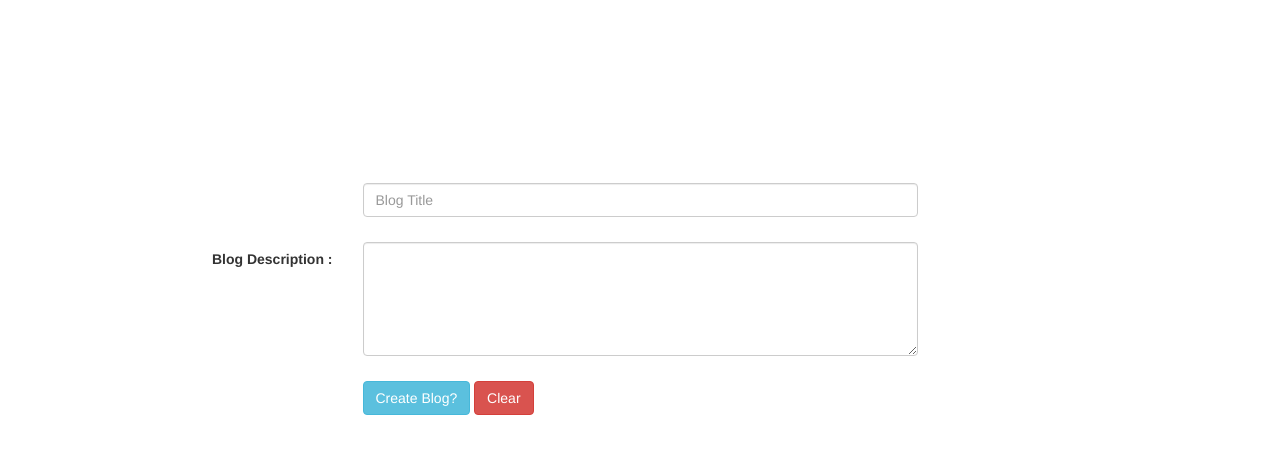
Repository: shailaja1601/collaborative_project
Page: CollabarationFrontEnd/WebContent/blog/CreateBlog.html
An editor plug-in stored every save of this project. The page is shown before and after the next save, followed by the edit.
The browser window is 1280 px wide. The pictures show the whole page.

Above is the page before, as saved 2017-02-07 18:27:36.
Console error (its wording comes from the project's code and is left out).

### CollabarationFrontEnd/WebContent/blog/CreateBlog.html
<!DOCTYPE html>
<html>
<head>
<meta charset="ISO-8859-1">
<title>Insert title here</title>
<link rel="shortcut icon" href="favicon.ico">

<link rel="stylesheet" href="resources/css/bootstrap.min.css" />
<script src="resources/js/bootstrap.min.js"></script>

</head>
<body data-ng-app="myApp">
	<div class="container" data-ng-controller="BlogController as ctrl">
		<br/><br/><br/><br/><br/><br/>
		<h2 style="color:white">Add new Blog</h2>
		<form class="form-horizontal" name="myForm" role="form" data-ng-submit="ctrl.submit()">

			<div class="form-group" data-ng-class="{'has-error': form.blogtitle.$dirty && form.blogtitle.$error.required}">
				<label for="blogtitle" class="col-sm-3 control-label" style="text-align: right;color:white;">Blog Title:</label>
				<div class="col-sm-6">
					<input type="text" name="blogtitle" id="blogtitle" class="form-control" placeholder="Blog Title"
						data-ng-model="ctrl.blog.blogtitle" required />
						<span data-ng-show="form.blogtitle.$dirty && form.blogtitle.$error.required" class="help-block"></span>
				</div>
			</div>

			<div class="form-group" data-ng-class="{'has-error': form.description.$dirty && form.description.$error.required}">
				<label for="description" class="col-sm-3 control-label">Blog Description :</label>
				<div class="col-sm-6">
					<textarea rows="5" cols="80" id="description" name="description" class="form-control" data-ng-model="ctrl.blog.description" required></textarea>
					<span data-ng-show="form.description.$dirty && form.description.$error.required" class="help-block"></span>
				</div>
			</div>

			<div class="form-group">
				<div class="col-sm-3"></div>
				<div class="col-sm-6">
					<button type="submit" data-ng-disabled="form$invalid || ctrl.dataLoading" class="btn btn-info">Create Blog?</button>
					<button type="reset" class="btn btn-danger" data-ng-click="ctrl.reset()" >Clear</button>
				</div>
			</div>
		</form>
	</div>
</body>
</html>

Loaded but not shown: CollabarationFrontEnd/WebContent/lib/css/bootstrap.min.css (library); CollabarationFrontEnd/WebContent/lib/js/bootstrap.min.js (library)

After the next save:
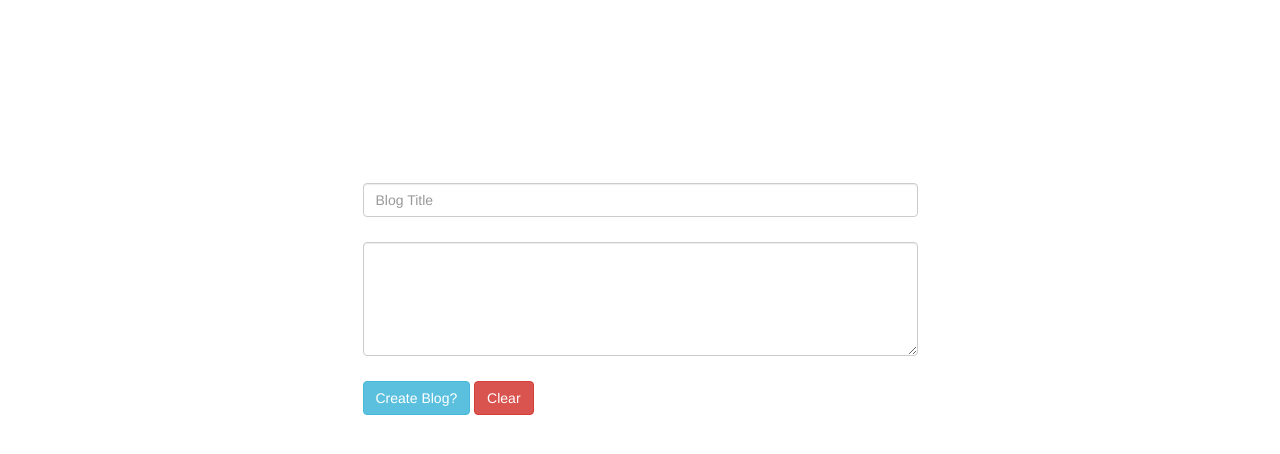
Saved 24 s later.
--- a/CollabarationFrontEnd/WebContent/blog/CreateBlog.html
+++ b/CollabarationFrontEnd/WebContent/blog/CreateBlog.html
@@ -25,7 +25,7 @@
 			</div>
 
 			<div class="form-group" data-ng-class="{'has-error': form.description.$dirty && form.description.$error.required}">
-				<label for="description" class="col-sm-3 control-label">Blog Description :</label>
+				<label for="description" class="col-sm-3 control-label" style="color:white">Blog Description :</label>
 				<div class="col-sm-6">
 					<textarea rows="5" cols="80" id="description" name="description" class="form-control" data-ng-model="ctrl.blog.description" required></textarea>
 					<span data-ng-show="form.description.$dirty && form.description.$error.required" class="help-block"></span>
